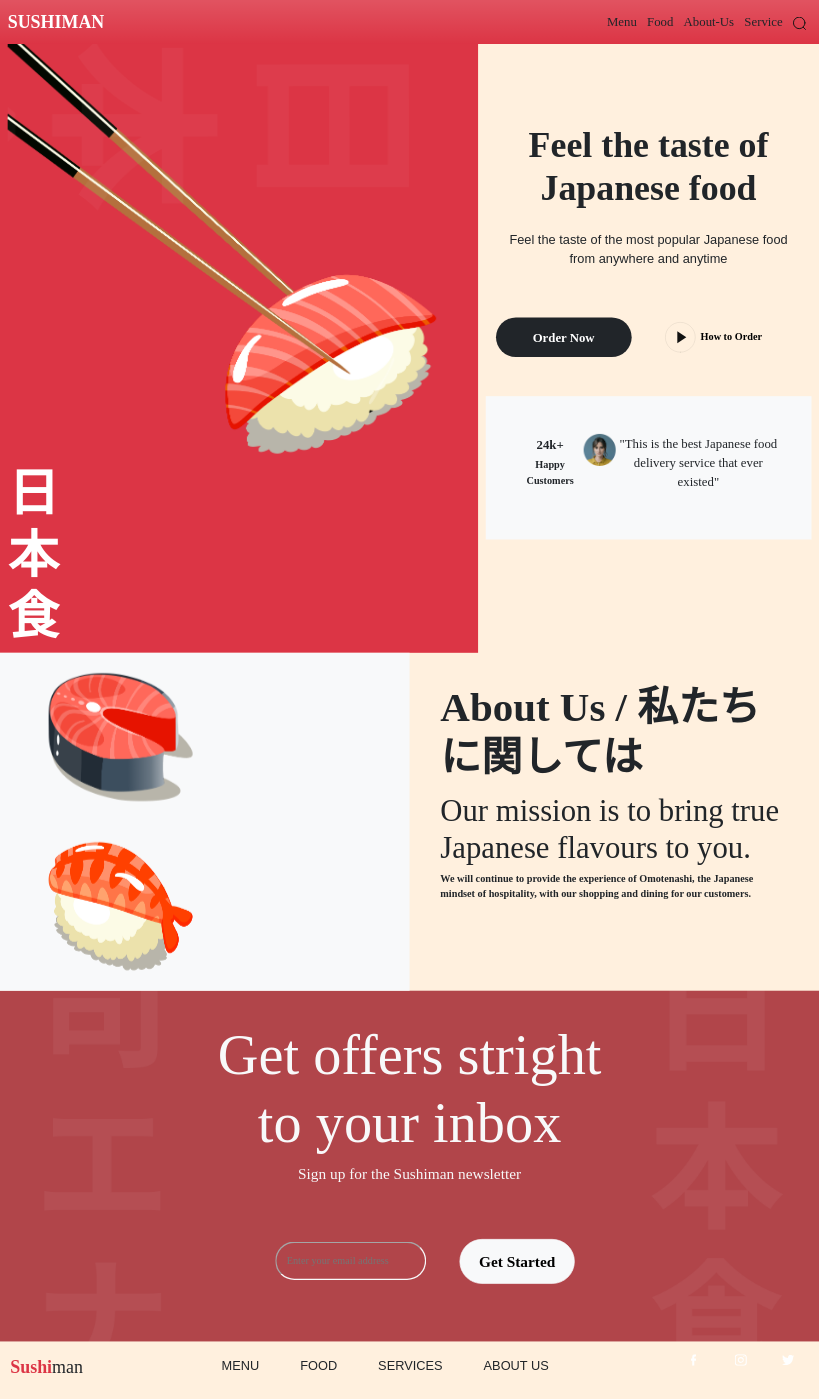
Repository: VickyJacob23/bootstrapTask
Page: index.html
An editor plug-in stored every save of this project. The page is shown before and after the next save, followed by the edit.
The browser window is 1280 px wide. The pictures show the whole page, at 64% of full size.

Above is the page before, as saved 2024-07-05 23:47:49.

After the next save:
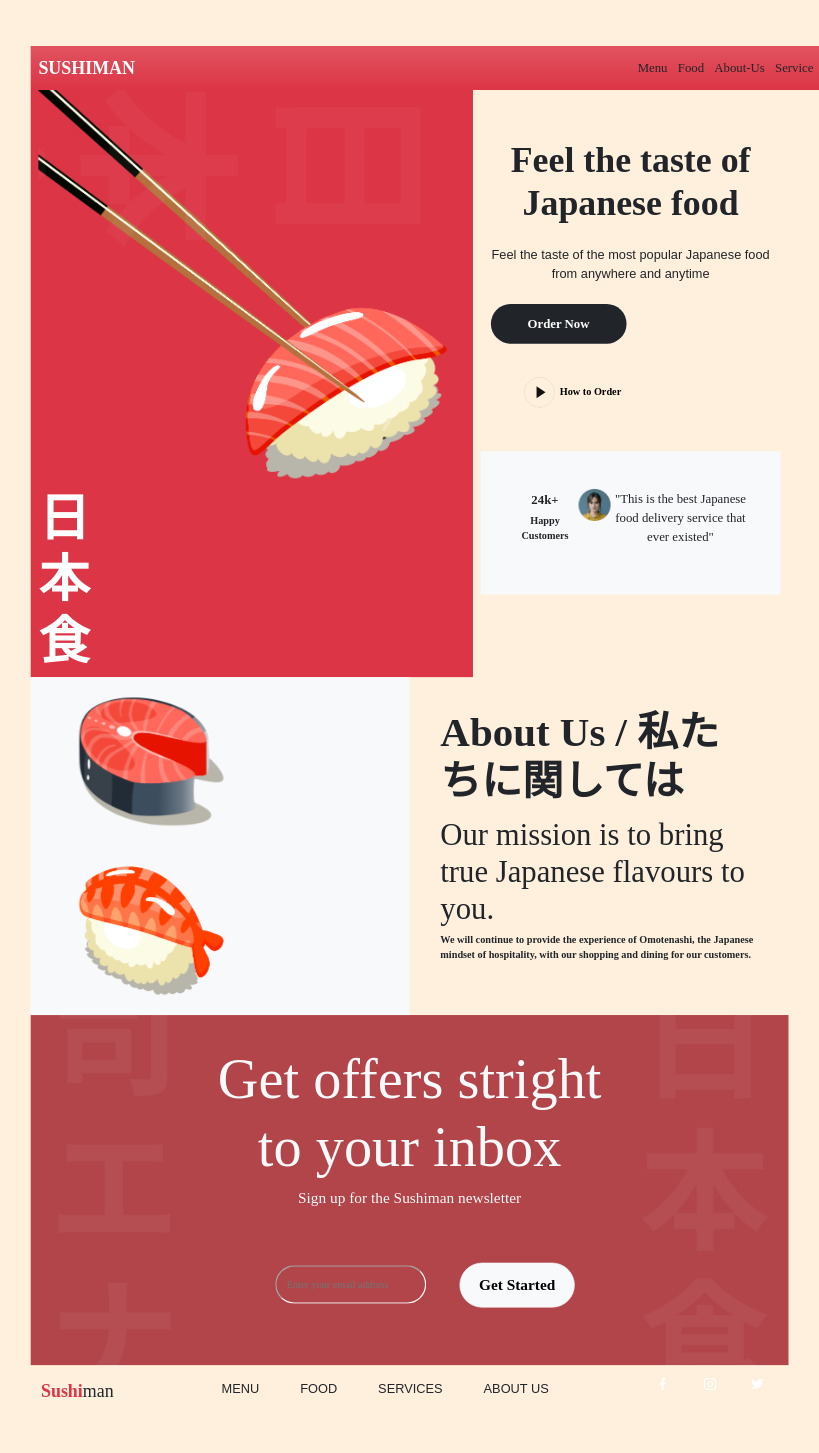
Saved 2 min 41 s later.
--- a/index.html
+++ b/index.html
@@ -13,7 +13,7 @@
     <title>Bootstrap Demo</title>
 </head>
 <body>
-    <main>
+    <main class="mt-4 p-5 ">
         <!-- navbar -->
         <nav class="navbar navbar-expand-lg navbar bg-danger bg-gradient position-fixed w-100">
             <div class="container-fluid ">

After the save that followed:
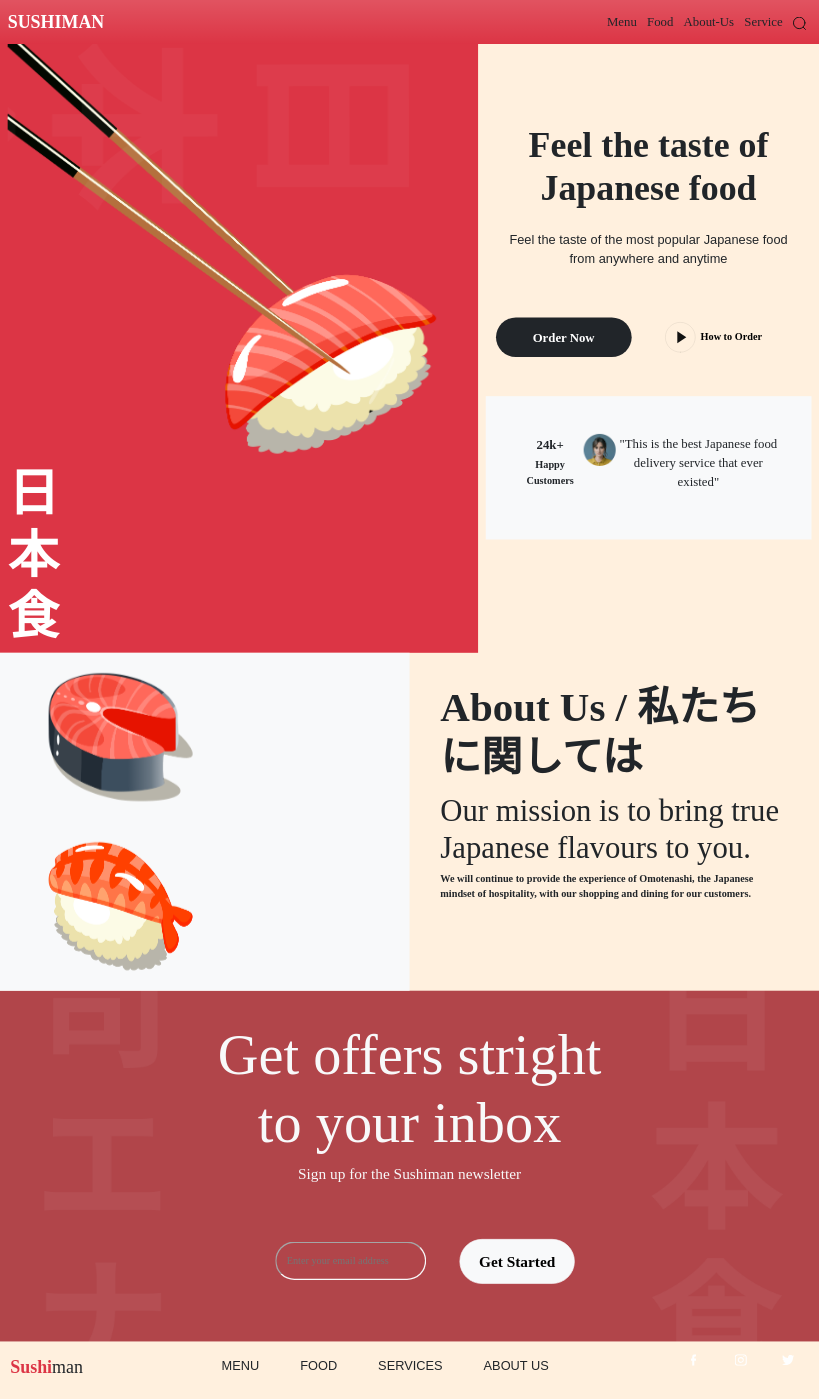
Saved 55 s later.
--- a/index.html
+++ b/index.html
@@ -13,7 +13,7 @@
     <title>Bootstrap Demo</title>
 </head>
 <body>
-    <main class="mt-4 p-5 ">
+    <main>
         <!-- navbar -->
         <nav class="navbar navbar-expand-lg navbar bg-danger bg-gradient position-fixed w-100">
             <div class="container-fluid ">
